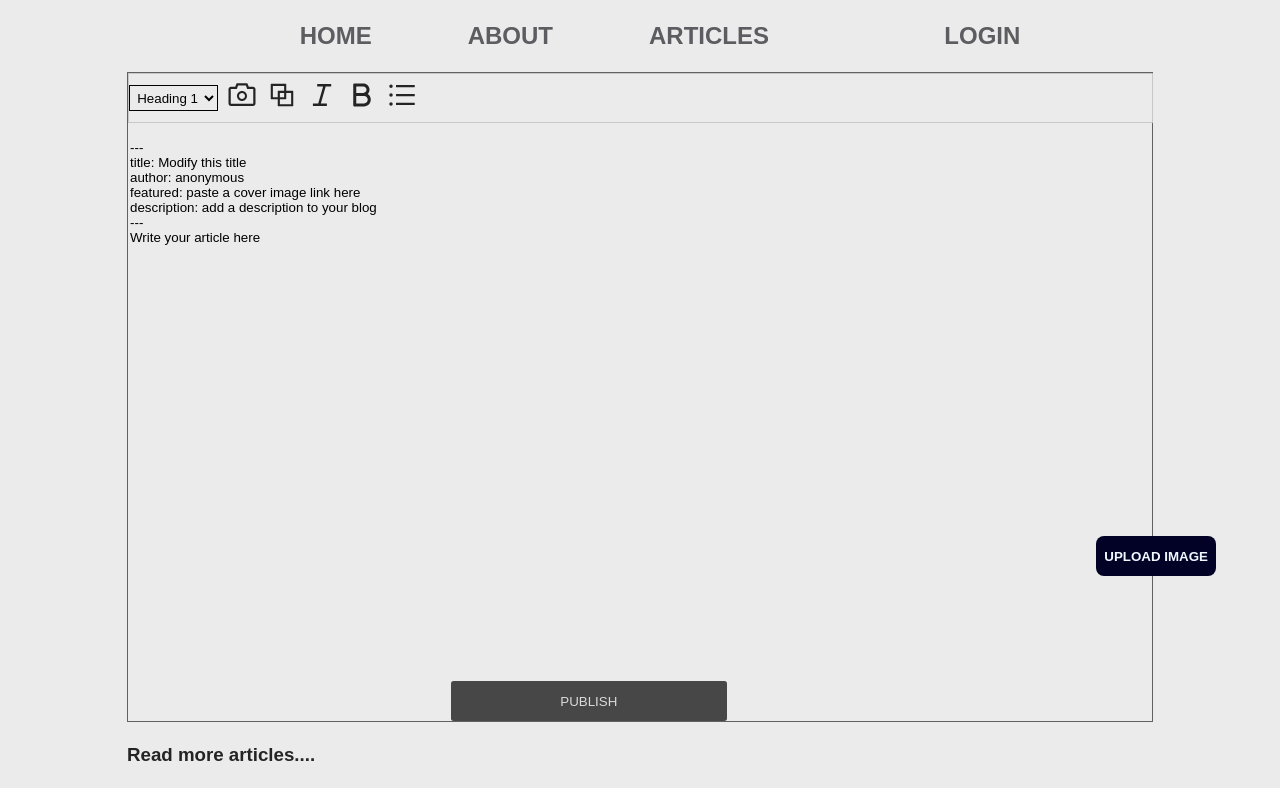
Repository: ValGrace/-static-site
Page: /articles (app in client/)
An editor plug-in stored every save of this project. The page is shown before and after the next save, followed by the edit.
The browser window is 1280 px wide. The pictures show the whole page.
The page's requests for data from a server got no answer. The project was rebuilt for these pictures with package versions that can differ from the ones it lists, and the page was loaded fresh each time. No one was signed in, and anything a server would have sent is missing. Also part of the build but not shown: client/vite.config.js, client/src/Components/Login.jsx, client/src/Components/Signup.jsx, client/src/Components/MidSection.jsx, client/src/Components/HomeSection.jsx, client/src/Components/TopSection.jsx, client/src/MdFiles/MdFileContext.js, client/src/Pages/HomePage.jsx and 1 more.

Above is the page before, as saved 2023-07-03 07:49:40.

### client/index.html
<!DOCTYPE html>
<html lang="en">
  <head>
    <meta charset="UTF-8" />
    <link rel="icon" type="image/svg+xml" href="/vite.svg" />
    <meta name="viewport" content="width=device-width, initial-scale=1.0" />
    <title>Static Site Generator</title>

  </head>
  <body>
    <div id="root"></div>
    <script type="module" src="/src/main.jsx"></script>
  </body>
</html>

### client/src/main.jsx
import React from 'react'
import ReactDOM from 'react-dom/client'
import App from './App'
import './index.css'
import { BrowserRouter } from 'react-router-dom'
ReactDOM.createRoot(document.getElementById('root')).render(
  <React.StrictMode>
    <BrowserRouter>
    <App />
    </BrowserRouter>
  </React.StrictMode>,
)

### client/src/App.jsx
import PageRouter from './Routing/PageRouter'
import './App.css'


function App() {

  return (
    <div className="App">
      <PageRouter />
    </div>
  )
}

export default App

### client/src/index.css
:root {
  font-family: 'Acme', sans-serif;
  line-height: 1.5;
  font-weight: 400;

  color-scheme: light dark;
  color: rgba(7, 7, 7, 0.87);
  /* background-color: #000000b4; */
  padding: 0;
  margin: 0;
  font-synthesis: none;
  text-rendering: optimizeLegibility;
  -webkit-font-smoothing: antialiased;
  -moz-osx-font-smoothing: grayscale;
  -webkit-text-size-adjust: 100%;
}

body {
  margin: 0;
}

### client/src/Routing/PageRouter.jsx
import Dashboard from "../Pages/Dashboard";
import HomePage from "../Pages/HomePage";
import { Routes, Route} from "react-router-dom"
import AboutPage from "../Pages/aboutPage";
import Articles from "../Pages/Articles";
const PageRouter = () => {
    return (
        <Routes>
            <Route exact path="/" element={ <HomePage />}/>
            <Route path="/login" element={ <Dashboard />}/>
            <Route path="/about" element={<AboutPage />} />
            <Route path="/articles" element={<Articles />} />

        </Routes>
    )
}

export default PageRouter

### client/src/App.css
.App {
  display: flex;
  flex-direction: column;
  justify-content: center;
  align-items: center;
  margin: 0;
  width: 100%;


  background-color: rgba(226, 226, 226, 0.699);
}

### client/src/Pages/Dashboard.jsx
import React, { useReducer, useState} from 'react'
import Login from '../Components/Login'
import Signup from '../Components/Signup'
import "../Components/Inputs.css"
import { Link, useNavigate } from 'react-router-dom'
// import { useAuth } from '../Context/UserContext'
import { account } from '../Utils/appwrite'
const initialState = {page : <Login />}
function reducer(state, action) {
    switch(action.type) {
        case 'loginpage':
          return { page: <Login />}
        case 'signuppage':
            return { page: <Signup />}
        default:
            return { page: <h2>Loading....</h2>}
    }
}
const Dashboard = () => {
    const [state, dispatch] = useReducer(reducer, initialState)

    const [ error, setError] = useState('')
    const navigate = useNavigate()
    const ghostLogin = async() => {
        try {
            setError('')
            await account.createAnonymousSession();
            navigate("/")
        }
        catch {
             setError("Failed to Create anonymous account")
        }
    }
    return (
        <div className='dashboard'>
         <h2>Static Site Generator</h2>
         <div>Static site Image</div>
      <div className='dash' id='dash'>
            <div className='toggleForms'>
                <button onClick={() => dispatch({type: 'loginpage'})} className="type-btn">Login</button>
                <button onClick={() => dispatch({type: 'signuppage'})} className="type-btn">Signup</button>
                </div>
            <React.Fragment>{state.page}</React.Fragment>

            <button id="auth-btns" onClick={ghostLogin}>Login with Ghost account</button>
            <h5>{error}</h5>
         </div>
         <Link to="/home">Home</Link>
       </div>
    )
}

export default Dashboard

### client/src/Pages/Articles.jsx
import { useEffect, useRef, useState} from 'react'
import Axios from "axios"
import Navbar from '../Components/Navbar'
import { account } from '../Utils/appwrite'
// import { FaBold, FaItalic, FaList} from 'react-icons/fa'
import { AiOutlineItalic, AiOutlineUnorderedList, AiOutlineBold, AiOutlineBlock, AiOutlineCamera} from "react-icons/ai"

const Articles = () => {

  const input = useRef()
  const preview = useRef()

  const [userName] = useState("anonymous")
  const [headStyle, setHeadStyle] = useState("##")

  const [buttonStatus, setButtonStatus] = useState(false)
  // const [title, setTitle] = useState('')
  const [currentUser, setCurrentUser] = useState("")
  const articleContext = `
---
title: Modify this title
author: ${currentUser ? currentUser : userName}
featured: paste a cover image link here
description: add a description to your blog
---
Write your article here
  `
  const [article, setarticle] = useState(articleContext)


  // get current user account
  const subscriber = () => {
    const unsubscribe = account.get()
    unsubscribe.then(function(promise){
       console.log(promise)
       setCurrentUser(promise.name)
    }, function(error) {
      console.log(error)
    })
    return unsubscribe
  }
  // fetch articles from api
  async function getData() {
    const response =  await fetch('/articles/')
    const postData = await response.json()
    console.log(postData)

  }
  useEffect(()=> {
    subscriber()
    getData()
  }, [])


  const headTwoEvent = (e) => {
    e.preventDefault()
    setHeadStyle(e.target.value)
    input.current.value += e.target.value

  }

  const blockEvent = (e) => {
    e.preventDefault()
    input.current.value += "> "
  }

  const italicEvent = (e) => {
    e.preventDefault()
    input.current.value += "*edit this italic text*"
  }

  const boldEvent = (e) => {
    e.preventDefault()
    input.current.value += "**edit this bold text**"
  }
  const editPost = (event) => {
     setarticle(event.target.value)
  }
  const listEvent = (e) => {
      e.preventDefault()
      input.current.value += "\n- "
  }

   const [imageSelected, setImageSelected] = useState()
   const uploadImage = async() => {
    const formdData = new FormData()
    formdData.append("file", imageSelected)
    formdData.append("upload_preset", "blogsite")
    // formData.append("cloud_name", "dnjzdxki1")
    let data = ""
    await Axios.post("https://api.cloudinary.com/v1_1/dnjzdxki1/image/upload", formdData).then((response)=>{
      console.log(response)
      data = response.data["secure_url"]
      input.current.value += `\n![add alt text here](${data})`
      setButtonStatus(true)
    })
    setButtonStatus(false)
    return data
   }
    return (
        <>
          <Navbar />
          <div className="articles">
          <button onClick={uploadImage} className="btn-edit" disabled={buttonStatus}> Upload Image</button>
            <form className="md-editor" method='post' action='/articles/' encType='multipart/form-data'>

            <div className='article-area'>

              <div className='article-icons'>
                <select value={headStyle} onChange={headTwoEvent}>
                  <option value="# ">Heading 1</option>
                  <option value="## ">Heading 2</option>
                  <option value="### ">Heading 3</option>
                </select>
                              <div>
                <label htmlFor='inputFile'>
                <AiOutlineCamera size="2em"/>
                <input type='file' onChange={(event) => setImageSelected(event.target.files[0])} id="inputFile" accept='image/*'/>
                </label>


                {/* <Image cloudName="" publicId="" /> */}
                </div>
                <span onClick={blockEvent}><AiOutlineBlock size="2em"/></span>
                <span onClick={italicEvent}><AiOutlineItalic size="2em"/></span>
                <span onClick={boldEvent}><AiOutlineBold size="2em"/></span>
                <span onClick={listEvent}><AiOutlineUnorderedList size="2em"/></span>

                </div>

                <textarea value={article} ref={input} onChange={editPost} id='txtarea' name='article'/>
            </div>
            <div className="md-btns">

                <input type='submit' id="md-btn" value='Publish' />
            </div>
            </form>

            <div id="preview" ref={preview}></div>
            <div>

                <h3>Read more articles....</h3>

            </div>
          </div>
        </>
    )
}

export default Articles

### client/src/Components/Inputs.css
form, #dash {
    width: 80vw;
}
.signupForm, .dash, .dashboard {
   display: flex;
   flex-direction: column;
   justify-content: center;
   align-items: center;
   gap: 0.8em;
}

input, button {
    width: 80%;
    height: 3em;
    background-color: transparent;
    color: black;
}

#sign {
   width: 40vw;
}

.toggleForms {
    display: grid;
    grid-template-columns: 50% 50%;
    gap: 0.4em;
    justify-content: center;
    align-items: center;
}

#inptitle, .article-icons{
   width: 100%;
   border: 0.5px solid rgb(199, 199, 199);
   border-radius: 0.7%;

}

.article-icons {
    width: 79.9vw;
    height: 3em;
    display: flex;
    flex-direction: row;
    align-items: center;
    gap: 0.5em;
}

.article-area {
   margin-top: 0;
   display: flex;
   flex-direction: column;
   height: 90vh;

}

button:disabled {
    background-color: rgb(53, 53, 53);
}

.type-btn {
    background-color: rgb(2, 2, 133);
    border: none;
    width: 20vw;
    border-radius: 8px;
    text-transform: uppercase;
    color: aliceblue;
    font-weight: 700;
}

.type-btn:hover {
   background-color: rgb(1, 1, 22);
}

#auth-btns {
    text-transform: uppercase;
    font-weight: 700;
}

select, option {
    border: 0.08em solid black;
    background-color: transparent;
    font-weight: 500;
    padding: 0.2rem;
}

input[type=file] {
   display: none;
}

label {
    cursor: pointer;
}

### client/src/Utils/appwrite.js
import {Client, Account} from "appwrite"

const client = new Client()

client.setEndpoint("https://cloud.appwrite.io/v1").setProject("64940746ea62d29f596e")

export const account = new Account(client)

### client/src/Components/Navbar.jsx
import { useState } from "react"
import {HiBars3BottomLeft} from 'react-icons/hi2'
import { FaTimes} from 'react-icons/fa'
import { Link} from 'react-router-dom'
import "./Navbar.css"
const Navbar = () => {
    const [clickbar, setClickbar] = useState(false)
    return (
           <>


        <nav id="bar" onClick={()=>setClickbar
        (!clickbar)}>{clickbar ? <>
           <FaTimes size="2em"/>

            <ul>
               <Link to="/" className="navlink"><li>home</li></Link>
                <Link to="/about"><li>about</li></Link>
                <Link to="/articles"><li>articles</li></Link>
                <Link to="/login"><li>Login</li></Link>
            </ul>

        </>: <HiBars3BottomLeft size="2em"/>}
        </nav>

        <nav id="pages">
        <ul>
                <Link to="/" className="navlink"><li>home</li></Link>
                <Link to="/about" className="navlink"><li>about</li></Link>
                <Link to="/articles" className="navlink"><li>articles</li></Link>
            </ul>
            <ul>
                <li><Link to="/login" className="navlink">Login</Link></li>
            </ul>

</nav>
        </>
    )
}

export default Navbar

### client/src/Components/InfoPage.css
#about-page {
    font-size:2rem;
    text-transform: capitalize;

    width: 30vw;

    text-align: center;
}

.about-mid {
   display: flex;
   gap: 0.4rem;
   flex-wrap: wrap;
   flex-direction: column;
}

.about-info, .abt-context {
    /* width: 25vw; */
    display: flex;
    flex-direction: column-reverse;

}
#context {
    width: 75vw;
}

.abt-img {
    background-color: rgba(0, 3, 189, 0.945);
    width: 90vw;
    height: 35vh;

}

.abt-img > img {
    width: 100%;
    height: 100%;
}

#top-img {
    width: 90vw;
    height: 40vh;
}

.md-editor {
    width: 80vw;
    height: 90vh;
    margin: auto;
    display: flex;
    flex-direction: column;
    border: 0.5px solid rgb(97, 97, 97);

}

.footer {
    background-color: rgba(255, 255, 255, 0.952);
    /* padding: 0.8em; */
    width: 100%;
    text-align: center;
    color: rgba(0, 0, 0, 0.938);
    border-radius: 0.4em;
}

#txtarea {
    resize: none;
    width: 99%;
    height: 90%;
    background-color: transparent;
    border: none;
    font-family: 'Acme', sans-serif;
}
.md-edit {
    position: absolute;
    width: 80vw;
    height: 90vh;
    top: 10%;
    background-color: rgb(0, 0, 0);
    display: flex;
    flex-direction: column;
    align-items: center;
    gap: 0.4em;
}

.abt-pg > h4 {
    text-transform: uppercase;
}
.md-edit > textarea {
    resize: none;
    width: 90%;
    height: 80%;
    background-color: rgb(29, 28, 28);
    color: rgba(240, 248, 255, 0.932);
    border-radius: 8px;
    border: none;

}

.md-btns {
    display: flex;
   justify-content: center;
   align-items: center;
    gap: 0.7em;
    width: 90%;
}

#md-btn {
    width: 30%;
    background-color: rgb(71, 71, 71);
    color: rgb(218, 218, 218);
    text-transform: uppercase;
    font-weight: 400;
    border: none;
    border-radius: 0.2em;

}
@media screen and (min-width: 670px) {
    #abt-info {
        flex-direction: row-reverse;
    }
    .about-info, .abt-context {
        flex-direction: row;
        justify-content: center;
        gap: 0.8em;
        align-items: center;

    }
    .abt-pg {
        display: flex;
        flex-direction: column;
        width: 40vw;
    }
    .abt-img {
        width: 40vw;
        box-shadow:
		5px 1px 5px rgb(167, 166, 166);
    }

    #top-img {
        width: 100%;
        height: 60vh;
        box-shadow:
		5px 1px 5px rgb(44, 43, 43);
    }

    .abt-img > img {
        width: 100%;
        height: 100%;
    }

}

### client/src/Components/Navbar.css
nav {
    width: 70vw;
    height: 10vh;
    display: flex;
}

nav > ul{
  display: flex;
  flex-direction: row;
  text-transform: uppercase;
  list-style-type: none;
  justify-content: center;
  align-items: center;
  gap: 4em;
  font-weight: 600;
  font-size: 1.5rem;
  flex-grow: 1;

  text-decoration: none;
}

.navlink {
    text-decoration: none;
    text-decoration-style: none;
    color: rgb(251, 251, 255);
    mix-blend-mode: difference;
}

.navlink:hover {
   text-decoration: rgb(0, 81, 255) underline;
}

.topsection {
    background-image: url("../assets/pwbg.jpg");
    color: rgb(231, 228, 228);
    width: 98vw;
    height: 70vh;
    background-size: cover;
    display: flex;
    flex-direction: column;
    align-items: center;

    position: relative;
    z-index: 1;
}

.topsection-cover {
    position: absolute;
    left: 0;
    bottom: 0;
    width: 100%;
    height: 100%;
    background-color: rgba(0, 0, 0, 0.719);
    z-index: -1;
}

#top-text {
    width: 65vw;
    left: 40%;
    height: 80%;
    display: flex;
    flex-direction: column;
    justify-content: center;

}

#top-text > h2 {
    font-size: 4.5rem;
    text-transform: capitalize;
    margin: 0;
    /* float: left; */
}

#top-text > p {
    float: right;

}

.head-section {
    display: flex;
    width: 90vw;
    gap: 0.5em;
    flex-wrap: wrap;
}

.head-img {
    background-color: rgb(14, 13, 29);
    width: 90%;
    /* border-radius: 0.9em; */
    height: 45vh;
    box-shadow: rgba(0, 0, 0, 0.25) 0px 14px 28px;
    margin-left: 0;
    justify-self: left;
}

.line-hr {
    width: 90%;
    opacity: 0.4;
}

.head-img > img {
    width: 100%;
    height: 100%;
    border-radius: 0.9em;
}

.side-section {
    display: flex;
    flex-direction: column;
    height: 100vh;
    background-color: rgb(34, 34, 34);
    gap: 0.3rem;
    padding: 2.8rem;
    width: 92%;
}

.side-section > h2 {
    font-size: 2.5rem;
    color: rgb(253, 255, 255);
    text-align: center;
}

.featured-articles {
    display: flex;
    flex-direction: row;
    flex-wrap: wrap;
    color: rgb(255, 255, 255);
    text-align: justify;
    gap: 1.6rem;
    align-items: center;
}

.side-blogs > h4 {
    font-size: larger;
    text-transform: capitalize;
    line-height: 1.2rem;
}

.side-img-left {
    display: flex;
    flex-direction: column;
    width: 40vw;
    gap: 0.8rem;
}

.side-img-right {
    display: flex;
    flex-direction: row;
    width: 45vw;
    height: 10rem;
    gap: 0.4rem;
    margin-bottom: 0.4rem;
    justify-content: center;
    align-items: center;
}
.side-right-img {
    width: 60%;
    height: 100%;
    box-shadow: rgba(0, 0, 0, 0.25) 0px 14px 28px;
}


.side-img {
    background-color: black;
    width: 100%;
    height: 16rem;

}

.side-img > img, .side-right-img > img {
    width: 100%;
    height: 100%;
}

.side-blogs > h4, .side-blogs > p {
    margin: 0;
}

.btn-edit {
    position: fixed;
    right: 5%;
    bottom: 20%;
    width: auto;
    padding: 8px;
    background-color: rgb(2, 2, 39);
    color: aliceblue;
    text-transform: uppercase;
    font-weight: 600;
    border: none;
    border-radius: 8px;
}
.site-descr {
    width:65vw;
    /* background-color: rgba(226, 226, 226, 0.699); */
    border-radius: 9px;
    /* margin-top: 0.9rem; */
    display: flex;
    /* gap: 0.4rem; */
    /* padding: 3.4rem; */
    height: 25vh;
    margin-bottom: 3em;
}

#pages > ul {

    flex-direction: column;
}

.site-descr > p {
    width: 75%;
}
.site-sep {
    width: 0.1rem;
    height: 90%;
    background-color: rgb(2, 2, 39);
    margin-right: 0.7rem;
}


.value-section {
   width: 100%;
    display: flex;
    gap: 2.8rem;
    flex-wrap: wrap;
    /* color: rgb(20, 20, 20); */
    justify-content: center;
    align-items: center;
}

.single-value {
    box-shadow:
		5px 1px 5px rgb(199, 199, 199);
    border-radius: 10px;
    background-color: rgba(255, 255, 255, 0.863);
    padding: 0.4em;
    width: 15em;
    height: 16em;
}

#icon-section {
    width: 100%;
    height: 40%;
    display:flex;
    justify-content: center;
    align-items: center;
}



@media screen and (min-width: 1200px) {
    #bar {
      display: none;
    }
    #pages > ul{
        flex-direction: row;
    }

  }

@media screen and (max-width: 1200px) {
    #pages {
      display: none;
    }
   #bar {
        flex-direction: column;

    }
    #bar > ul {
        flex-direction: column;
        gap: 2em;
        background-color: rgba(255, 255, 255, 0.979);
        color: rgb(2, 6, 56);
        width: 90vw;
        height: 70vh;
        position: absolute;
        top: 0;
        right: 0;
    }
}

After the next save:
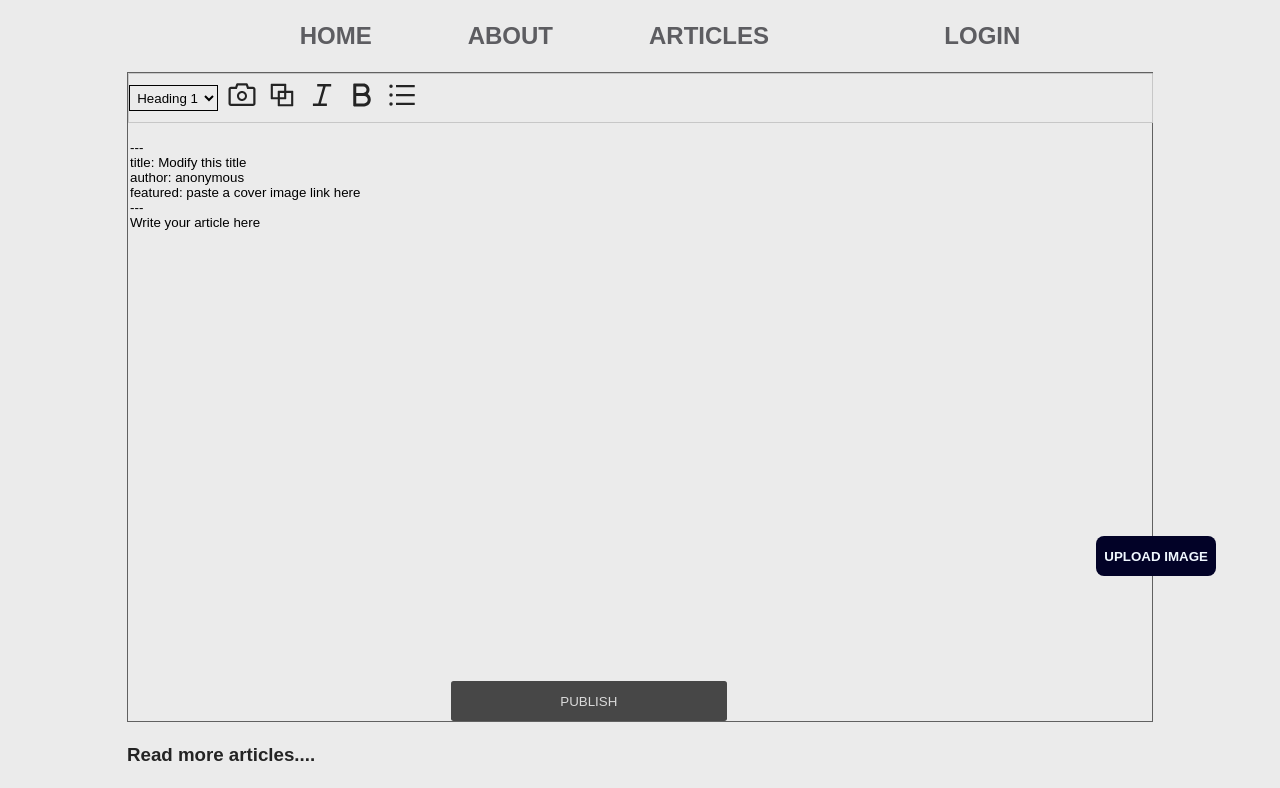
Saved 28 min 44 s later.
--- a/client/src/Pages/Articles.jsx
+++ b/client/src/Pages/Articles.jsx
@@ -21,7 +21,6 @@ const Articles = () => {
 title: Modify this title
 author: ${currentUser ? currentUser : userName}
 featured: paste a cover image link here
-description: add a description to your blog
 ---
 Write your article here
   `
